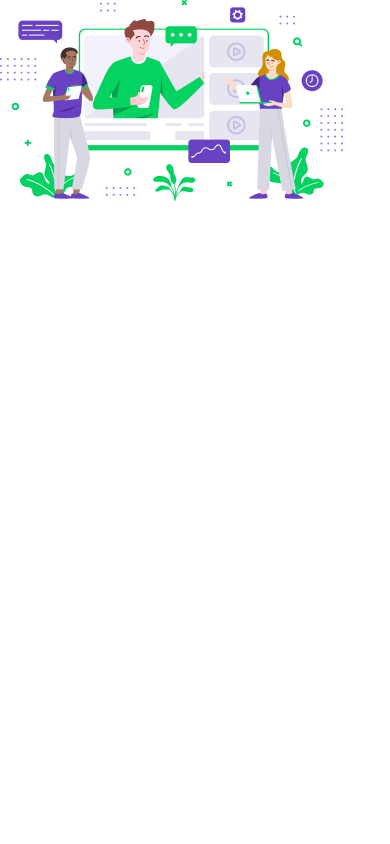
Repository: marciocamello/nlw-proffy-mobile
Screen: /
These files come from the project's save history. The screen is drawn as it stood at one moment and after the next save; the edit follows.
The app was drawn by React Native's web renderer in a window 390 px wide. The project was rebuilt for these pictures with package versions that can differ from the ones it lists, and the page was loaded fresh each time.

Above is the screen before, as saved 2020-08-06 08:57:33.

After the next save:
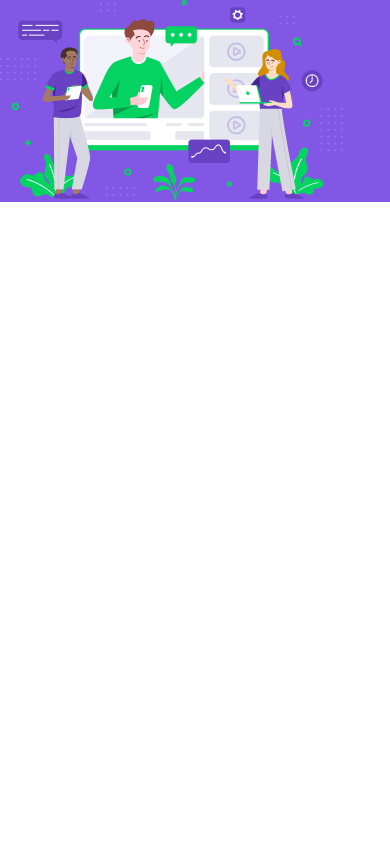
Saved 69 s later.
--- a/src/pages/Landing/styles.ts
+++ b/src/pages/Landing/styles.ts
@@ -1,7 +1,9 @@
 import { StyleSheet } from 'react-native';
 
 const styles = StyleSheet.create({
-  container: {}
+  container: {
+    backgroundColor: '#8257E5'
+  },
 });
 
 export default styles;
